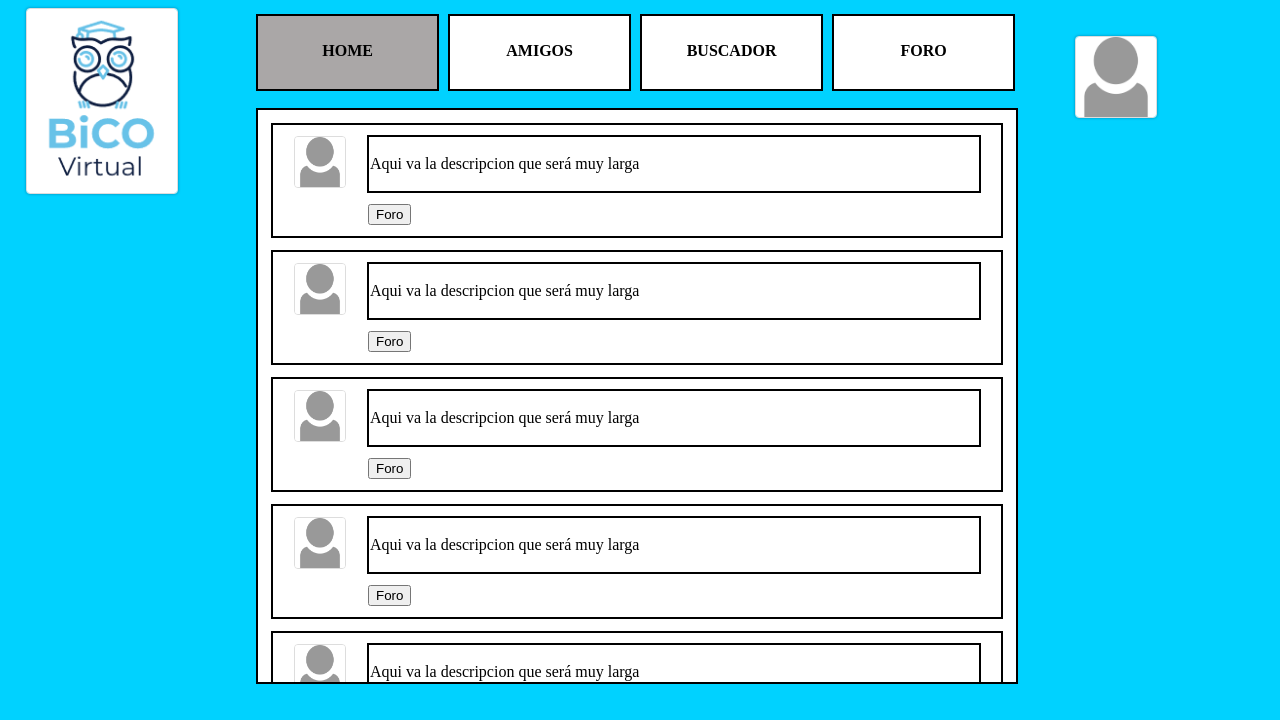
Repository: i72frpeu/IW_Bien
Page: http://localhost/Trabajo_IW/Home (Admin).jsp
An editor plug-in stored every save of this project. The page is shown before and after the next save, followed by the edit.
The browser window is 1280 px wide. The pictures show the whole page.
An inner scrolling area shows only its first screen. The page is served by Tomcat 9. Other server files are loaded and not shown.

Above is the page before, as saved 2020-05-16 17:24:59.

### WorkSpace/Trabajo IW/WebContent/Home (Admin).jsp
<%@ page language="java" contentType="text/html; charset=ISO-8859-1" pageEncoding="ISO-8859-1"%>
<%@ include file="Includes/headerhome.jsp" %>

<!DOCTYPE html>

<html>

<head>
	<meta charset="ISO-8859-1">
	<title>Home (Libros)</title>
	<link rel="stylesheet" type="text/css" href="CSS/header.css">
	<link rel="stylesheet" type="text/css" href="CSS/wf4.0.css">
</head>

<body>
  <!--Roll de artículos-->

  <div class="div_home">
    <table class="dos">
    <% for (int i = 0; i < 8; i++){ %>
        <tr>
          <td>
              <table class="uno">
                  <tr>
                    <td class="td_user_img"><a href="mvc/control/myFriendControl.jsp"><img src="img/profile-42914_960_720.png" alt="IMG_USER" class="img_user_2"></a></td>
                    <td class="td_user_des">Aqui va la descripcion que será muy larga</td>
                  </tr>
                  <tr>
                    <td></td>
                    <td><a href="mvc/control/eventControl.jsp"><button name="foro" class="boton_user">Foro</button></a></td>
                  </tr>
                </table>
          </td>
        </tr>
        <%} %>
    </table>
  </div>

</body>

</html>

### WorkSpace/Trabajo IW/WebContent/Includes/headerhome.jsp
<!DOCTYPE html>
<html>

<head>
	<meta charset="ISO-8859-1">
</head>

<body>
  <header class="main-header">
    <!--Definimos el logo-->
    <img src="img/logo.PNG" alt="LOGO" class="logo_home">
    <!--Enlace a HOME-->
	<a href="mvc/control/homeControl.jsp" class="link_home"><strong>HOME</strong></a>
    <!--Enlace a AMIGOS-->
    <a href="mvc/control/friendsControl.jsp" class="link_amigos"><strong>AMIGOS</strong></a>
    <!--Enlace a BUSCADOR-->
    <a href="mvc/control/lookforControl.jsp" class="link_buscador"><strong>BUSCADOR</strong></a>
    <!--Enlace a FORO-->
    <a href="mvc/control/foroControl.jsp" class="link_foro"><strong>FORO</strong></a>
    <!--Definimos imagen usuario-->
    <div>
      <img src="img/profile-42914_960_720.png" alt="IMG_USER" class="img_user">
      <div class="options_user">
        <form>
        </form>
      </div>
    </div>
  </header>

 </body>
 </html>

### WorkSpace/Trabajo IW/WebContent/CSS/header.css
body
{
	background-color: rgb(0,210,255);
}


/*153x100 pixeles*/
.logo_home
{
	position: fixed;
	left: 2%;
	width: 150px;
	margin-right: 5%;
	border: 1px solid #ddd;
  	border-radius: 4px;
  	box-shadow: 0 0 2px 1px rgba(0, 140, 186, 0.5);
}

.img_user
{
	position: fixed;
	left: 82%;
	top: 5%;
	width: 80px;
	height: 80px;
	margin-left: 2%;
	border: 1px solid #ddd;
  	border-radius: 4px;
  	box-shadow: 0 0 2px 1px rgba(0, 140, 186, 0.5);
}
.options_user
{
	position: fixed;
	top: 18%;
	left: 84%;
}


.link_home
{
	background-color: white;
	border: 2px solid black;
	color: black;
	text-decoration: none;
	padding: 2%;
	left: 20%;
	top:2%;
	width: 10%;
	height: 3%;
	text-align: center;
	position: fixed;
}

.link_amigos
{
	background-color: white;
	border: 2px solid black;
	color: black;
	text-decoration: none;
	padding: 2%;
	left: 35%;
	top:2%;
	width: 10%;
	height: 3%;
	text-align: center;
	position: fixed;
}

.link_buscador
{
	background-color: white;
	border: 2px solid black;
	color: black;
	text-decoration: none;
	padding: 2%;
	left: 50%;
	top:2%;
	width: 10%;
	height: 3%;
	text-align: center;
	position: fixed;
}

.link_foro
{
	background-color: white;
	border: 2px solid black;
	color: black;
	text-decoration: none;
	padding: 2%;
	left: 65%;
	top:2%;
	width: 10%;
	height: 3%;
	text-align: center;
	position: fixed;
}

div.div_lista_amigos
{
	background-color: white;
	border: 2px solid black;
	position: fixed;
	left: 2%;
	top: 40%;
	width: 10%;
	height: 45%;
	padding: 2%;
	overflow: auto;
}

.boton_cir
{
	border-radius: 200px 200px 200px 200px;
	-moz-border-radius: 200px 200px 200px 200px;
	-webkit-border-radius: 200px 200px 200px 200px;
	left: 85%;
	top: 75%;
	width: 100px;
	height: 100px;
	font-size: 80px;
	position: fixed;
	border: 0;
	color: white;
	background-color: rgb(0, 46, 255);
	box-shadow: 0 4px 8px 0 rgba(0, 0, 0, 0.2), 0 6px 20px 0 rgba(0, 0, 0, 0.19);
 }

a.sobre
{
	position: fixed;
	left: 30%;
	top: 96%;
}

a.tecnico
{
	position: fixed;
	left: 60%;
	top: 96%;
}

.div_home
{
	background-color: white;
	border: 2px solid black;
	position: fixed;
	left: 20%;
	right: 20.5%;
	top:15%;
	bottom: 5%;
	color: black;
	overflow: auto;
}

.img_user_2
{
	top: 5px;
	left: 5px;
	height: 50px;
	width: 50px;
	border: 1px solid #ddd;
  	border-radius: 4px;
}
table.uno
{
	border: 2px solid black;
	border-spacing: 20px 10px;

	width: 100%;

}

table.dos
{
	border: 2px solid white;
	border-spacing: 10px;
	width: 100%;

}
.td_user_des
{
	border: 2px solid black;
	width: 100%;
}

.buscador
{
	position: relative;
	top: 2%;
	left: 15%;

}
.q_buscador
{
	width: 60%;
}

### WorkSpace/Trabajo IW/WebContent/CSS/wf4.0.css
.link_home
{
	background-color: rgb(170, 167, 167);
}

After the next save:
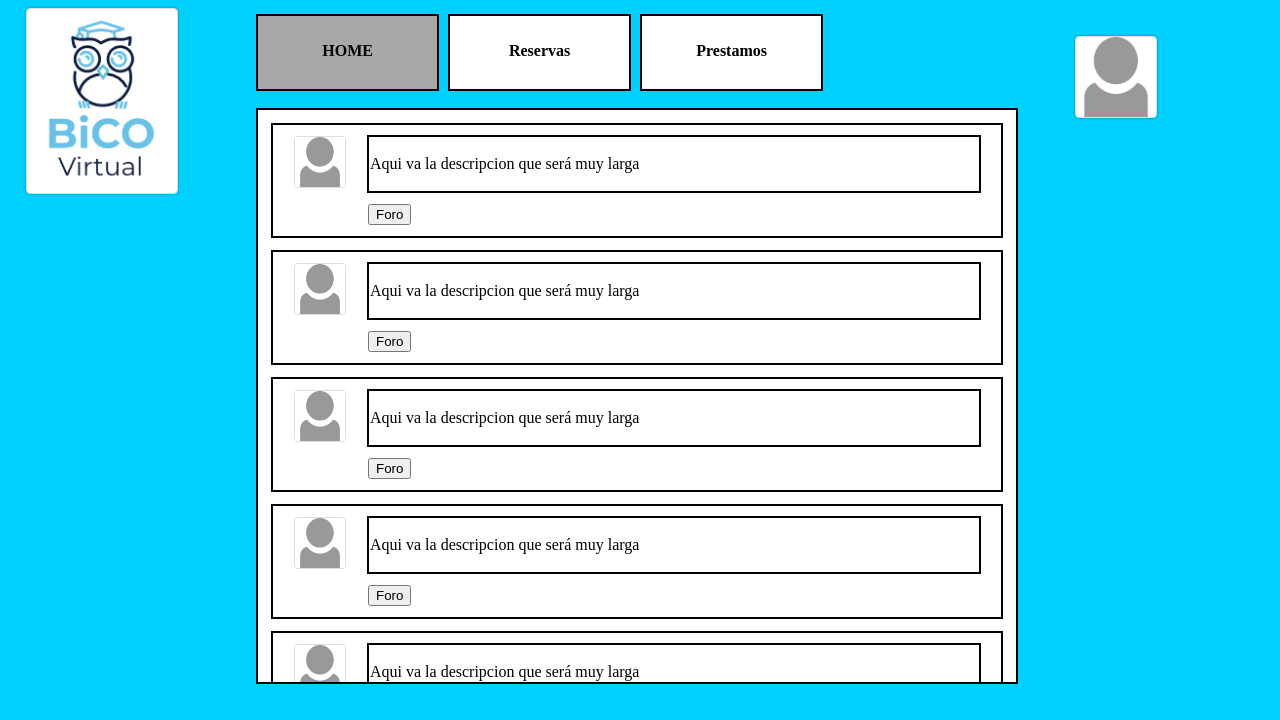
Saved 62 s later.
--- a/WorkSpace/Trabajo IW/WebContent/Includes/headerhome.jsp
+++ b/WorkSpace/Trabajo IW/WebContent/Includes/headerhome.jsp
@@ -10,13 +10,11 @@
     <!--Definimos el logo-->
     <img src="img/logo.PNG" alt="LOGO" class="logo_home">
     <!--Enlace a HOME-->
-	<a href="mvc/control/homeControl.jsp" class="link_home"><strong>HOME</strong></a>
+	<a href="" class="link_home"><strong>HOME</strong></a>
     <!--Enlace a AMIGOS-->
-    <a href="mvc/control/friendsControl.jsp" class="link_amigos"><strong>AMIGOS</strong></a>
+    <a href="" class="link_amigos"><strong>Reservas</strong></a>
     <!--Enlace a BUSCADOR-->
-    <a href="mvc/control/lookforControl.jsp" class="link_buscador"><strong>BUSCADOR</strong></a>
-    <!--Enlace a FORO-->
-    <a href="mvc/control/foroControl.jsp" class="link_foro"><strong>FORO</strong></a>
+    <a href="mvc/control/lookforControl.jsp" class="link_buscador"><strong>Prestamos</strong></a>
     <!--Definimos imagen usuario-->
     <div>
       <img src="img/profile-42914_960_720.png" alt="IMG_USER" class="img_user">
